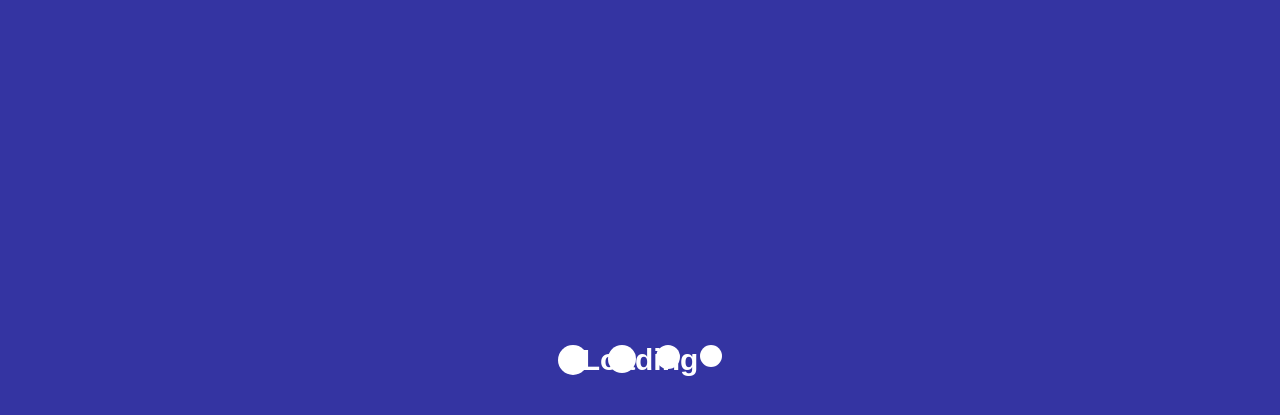
Repository: DevMike1993/100_Projects_HTML_CSS_JAVASCRIPT
Page: 02_Creative_Loading_Animation/index.html
These files come from the project's save history. The page is drawn as it stood at one moment and after a run of saves; the edit follows.
The browser window is 1280 px wide. The pictures show the whole page.

Above is the page before, as saved 2023-11-26 17:32:58.

After the next 2 saves:
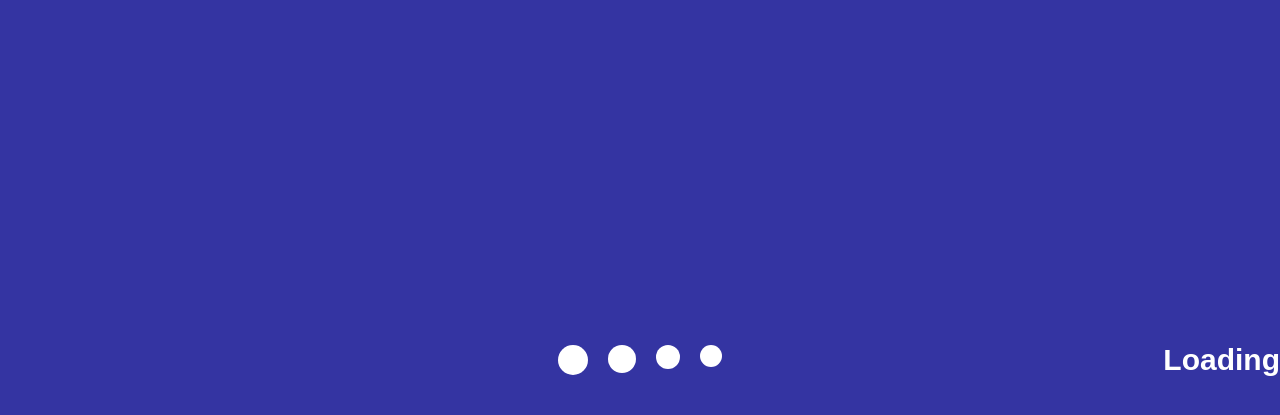
The 2 saves are shown as one change because they came seconds apart.
The last was saved 5 s later.
--- a/02_Creative_Loading_Animation/style.css
+++ b/02_Creative_Loading_Animation/style.css
@@ -19,7 +19,7 @@ body{
 .content{
     text-align: center;
     position: absolute;
-
+    right: 0;
     bottom: 50;
 }
 
